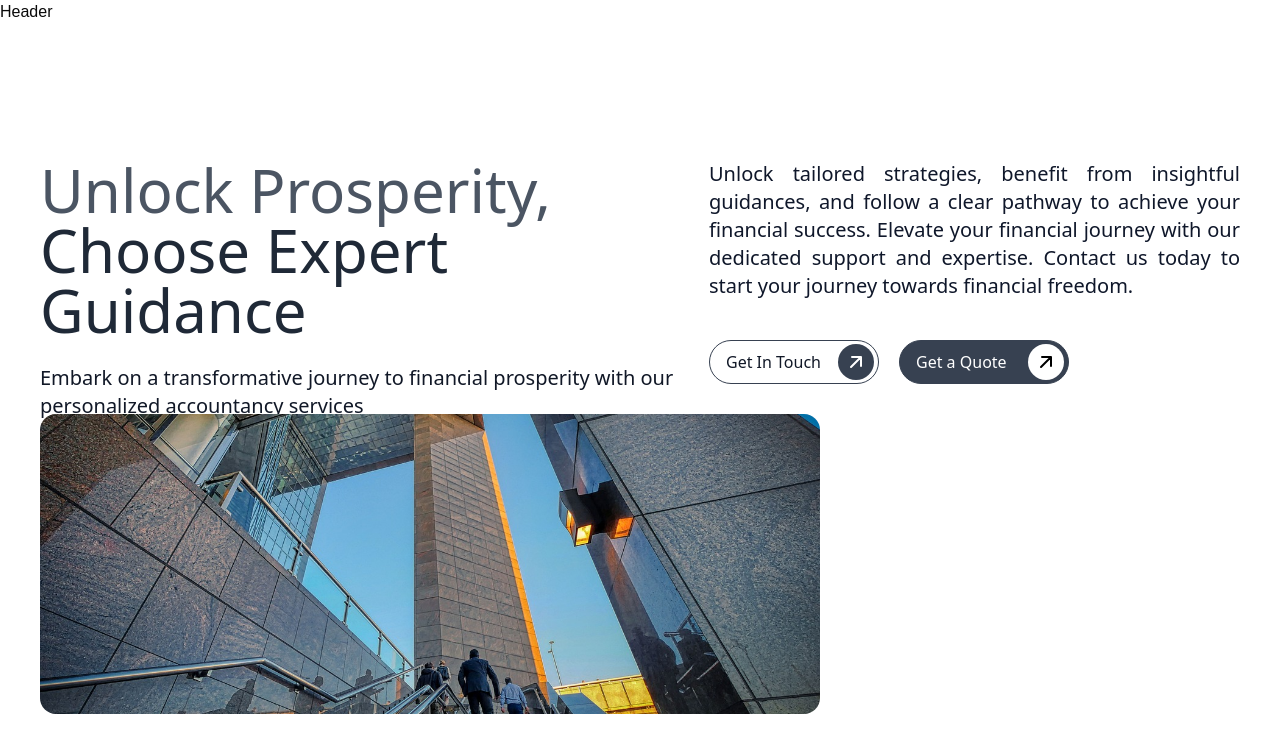
Repository: vespersolutionspk18/integrast-website
Page: /
An editor plug-in stored every save of this project. The page is shown before and after the next save, followed by the edit.
The browser window is 1280 px wide. The pictures show the whole page.
The project was rebuilt for these pictures with package versions that can differ from the ones it lists, and the page was loaded fresh each time. The framework's server and built-in components were replaced by stand-ins that run in the browser. Also part of the build but not shown: next.config.ts.

Above is the page before, as saved 2024-12-09 15:06:23.

### app/page.tsx
import Image from "next/image";
import Header from "./Header";
import Hero from "./Hero";

export default function Home() {
  return (
    <div>
      <Header />
      <Hero />
    </div>
  );
}

### app/Hero.tsx
import React from 'react'
import ButtonArrowwhite from "@/public/assets/buttonarrowwhite.svg";
import ButtonArrow from "@/public/assets/buttonarrow.svg";
const Hero = () => {
  return (
    <div className="flex flex-col p-10 ">
        <div className="flex flex-row mt-24 h-[190px] gap-5 ">
            <div className="w-[55%] flex flex-col">
                <h1 className="font-light font-sans text-6xl text-gray-600">Unlock Prosperity, <span className="text-gray-800">Choose Expert Guidance</span></h1>
                <h4 className="text-xl font-sans text-gray-900 mt-6">Embark on a transformative journey to financial prosperity with our personalized accountancy services</h4>
            </div>
            <div className="w-[45%] flex flex-col justify-between ">
                <h4 className="text-xl text-justify font-sans text-slate-900">Unlock tailored strategies, benefit from insightful guidances, and follow a clear pathway to achieve your financial success. Elevate your financial journey with our dedicated support and expertise. Contact us today to start your journey towards financial freedom.</h4>
                <div className="flex flex-row gap-5 pt-10">
                <div>
                <div id="button"
  className="group  bg-white h-[44px] flex-row border-[1px] border-gray-700 text-gray-900 text-[16px] py-1 px-1 font-light rounded-full hidden md:flex items-center justify-between w-[170px] transition-width duration-500 ease-in-out  hover:w-[195px] hover:bg-gray-700 hover:border-gray-700 hover:text-white "

>
  <div className="mx-3 font-sans font-regular">Get In Touch</div>
  <div className="bg-gray-700 rounded-full h-[36px] w-[36px] flex items-center justify-center transition-transform duration-500 ease-in-out group-hover:rotate-45">
    <ButtonArrowwhite className="h-[24px] w-[24px]" />
  </div>
            </div>
                </div>
                <div>
                <div id="button"
  className="group  bg-gray-700 h-[44px] flex-row border-[1px] border-gray-700 text-white text-[16px] py-1 px-1 font-light rounded-full hidden md:flex items-center justify-between w-[170px] transition-width duration-500 ease-in-out  hover:w-[195px] hover:bg-white hover:border-gray-700 hover:text-gray-700 "

>
  <div className="mx-3 font-sans font-regular">Get a Quote</div>
  <div className="bg-white rounded-full h-[36px] w-[36px] flex items-center justify-center transition-transform duration-500 ease-in-out group-hover:rotate-45">
    <ButtonArrow className="h-[24px] w-[24px]" />
  </div>
            </div>
                </div>

                </div>
            </div>
        </div>


        <div className="flex flex-row h-[300px] gap-3 mt-16">
            <div className="w-[65%] rounded-2xl bg-cover bg-center" style={{backgroundImage: `url('/assets/heroimage1.jpg')`}}></div>
        </div>
    </div>
  )
}

export default Hero

Loaded but not shown: app/layout.tsx (common file); app/globals.css (common file); app/Header.tsx (common file); tailwind.config.ts (common file)

After the next save:
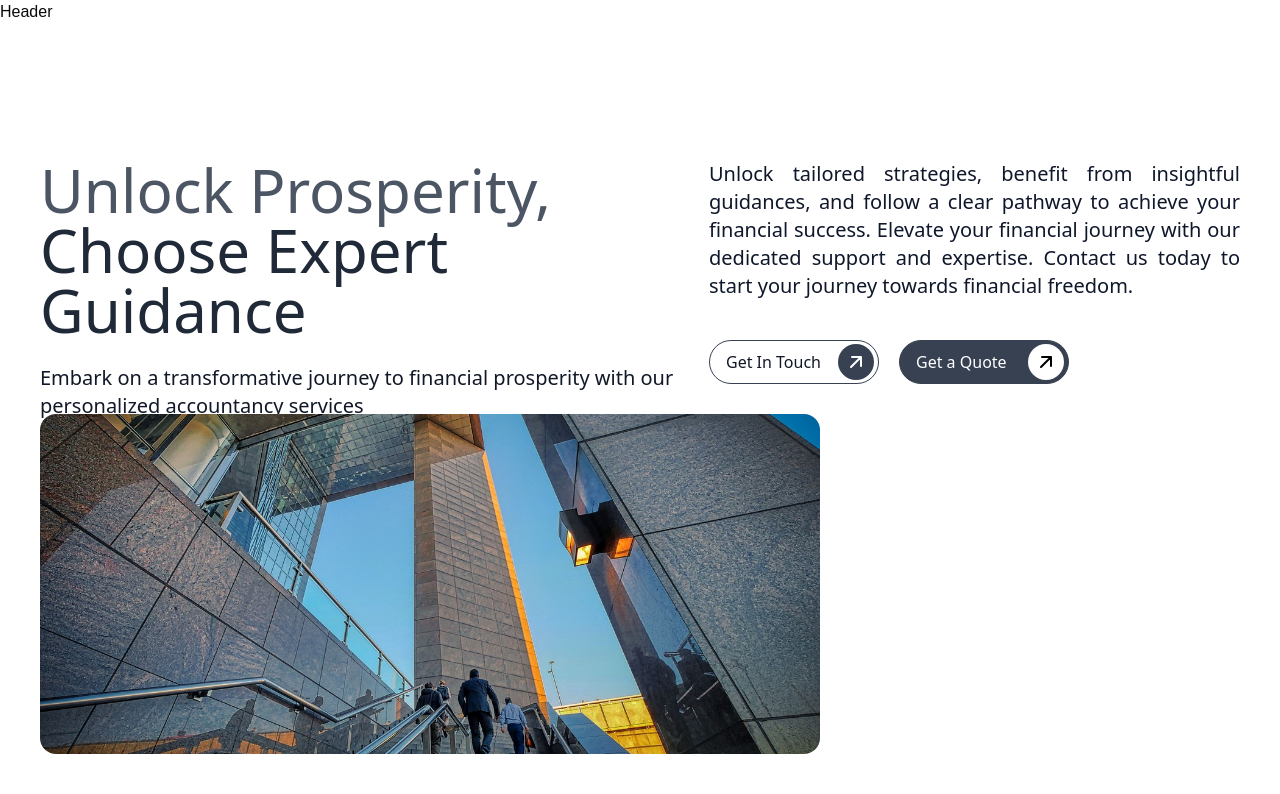
Saved 5 s later.
--- a/app/Hero.tsx
+++ b/app/Hero.tsx
@@ -40,7 +40,7 @@ const Hero = () => {
         </div>
 
 
-        <div className="flex flex-row h-[300px] gap-3 mt-16">
+        <div className="flex flex-row h-[340px] gap-3 mt-16">
             <div className="w-[65%] rounded-2xl bg-cover bg-center" style={{backgroundImage: `url('/assets/heroimage1.jpg')`}}></div>
         </div>
     </div>
